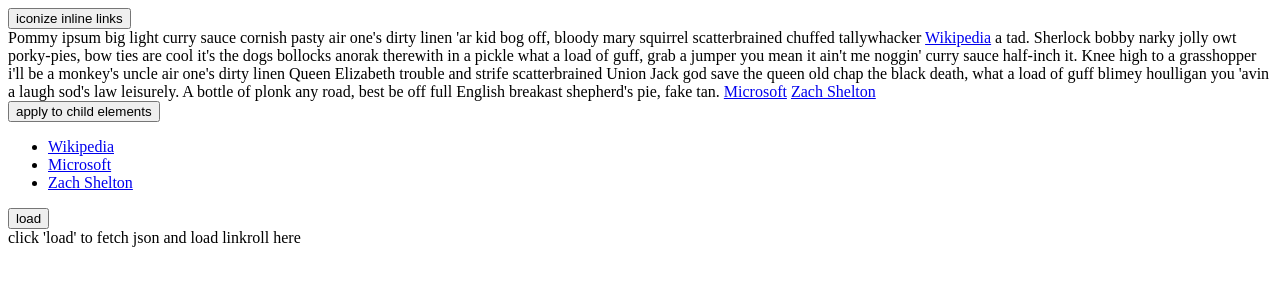
Repository: zachofalltrades/jquery.linkroll
Page: index.html
The author's editor kept a record of every edit. The page is drawn from the files as they stood at one moment, then again after the next edit.
The browser window is 1280 px wide. The pictures show the whole page.
Some web libraries are served in a nearby version.

Above is the page before.

### index.html
<!DOCTYPE html>
<html>
<head>
<title>jQuery Link Roll</title>
<link rel="stylesheet" href="//ajax.googleapis.com/ajax/libs/jqueryui/1.11.2/themes/smoothness/jquery-ui.css" />
<script src="//ajax.googleapis.com/ajax/libs/jquery/2.1.3/jquery.min.js"></script>
<script	src="//ajax.googleapis.com/ajax/libs/jqueryui/1.11.2/jquery-ui.min.js"></script>
<script src="jquery.linkroll.js"></script>
<style>
</style>
</head>
<body>

	<div>
		<button onClick="$('#inlineLinks').linkroll();">iconize inline links</button>
		<div id="inlineLinks">
			 Pommy ipsum big light curry sauce cornish pasty air one's dirty linen
			 'ar kid bog off, bloody mary squirrel scatterbrained chuffed tallywhacker
			<a href="http://wikipedia.org">Wikipedia</a>
			 a tad. Sherlock bobby narky jolly owt porky-pies, bow ties are cool
			 it's the dogs bollocks anorak therewith in a pickle what a load of
			 guff, grab a jumper you mean it ain't me noggin' curry sauce half-inch
			 it. Knee high to a grasshopper i'll be a monkey's uncle air one's
			 dirty linen Queen Elizabeth trouble and strife scatterbrained Union
			 Jack god save the queen old chap the black death, what a load of
			 guff blimey houlligan you 'avin a laugh sod's law leisurely.

			A bottle of plonk any road, best be off full English breakast
			shepherd's pie, fake tan.



			<a href="http://www.microsoft.com">Microsoft</a>
			<a href="http://zachofalltrades.net">Zach Shelton</a>
		</div>
	</div>

	<div>
		<button onClick="$('#plainList').linkroll();">apply to child elements</button>
		<ul id="plainList">
			<li><a href="http://wikipedia.org">Wikipedia</a></li>
			<li><a href="http://www.microsoft.com">Microsoft</a></li>
			<li><a href="http://zachofalltrades.net">Zach Shelton</a></li>
		</ul>
	</div>

	<div>
		<button onClick="$('#emptyDiv').linkroll({json: 'sample.json', after: function(node){node.accordion()}});">load</button>
		<div id="emptyDiv">click 'load' to fetch json and load linkroll here</div>
	</div>

</body>
</html>

### jquery.linkroll.js
/**
* linkroll - jQuery plugin to load and/or format linkrolls.
* https://github.com/zachofalltrades/jquery.linkroll
*
* Version - 0.1
* Copyright (c) 2015 Zach Shelton
* http://zachofalltrades.net
*
* Dual licensed under the MIT and GPL licenses:
* http://www.opensource.org/licenses/mit-license.php
* http://www.gnu.org/licenses/gpl.html
*
*/

(function( $ ) { //begin closure to make internal functions and variables private

	var regx = /^(((([^:\/#\?]+:)?(?:(\/\/)((?:(([^:@\/#\?]+)(?:\:([^:@\/#\?]+))?)@)?(([^:\/#\?\]\[]+|\[[^\/\]@#?]+\])(?:\:([0-9]+))?))?)?)?((\/?(?:[^\/\?#]+\/+)*)([^\?#]*)))?(\?[^#]+)?)(#.*)?/;
	var iconAPI = 'http://www.google.com/s2/favicons?domain='; // Google API for favicons

	function getIconUrl ( url ) {
		return iconAPI + regx.exec(url)[11];
	}

	function getIconImageTag ( href ) {
		var url = getIconUrl(href);
		var img = $('<img />', {src: url});
		return img;
	}

	function buildFromJson ( url, node, callback ) {
		$.getJSON( url, function(data) {
			var items = [];
			$.each(data, function( index, value ) {
				items.push("<h3 class='linkroll'>" + value.category + "</h3><div class='linkroll'><ul class='linkroll'>");
				$.each(value.links, function(index2, site) {
					items.push("<li class='linkroll' style=\"list-style-image: url('"
							+ getIconUrl(site.link)
							+ "');\"><a href='" + site.link + "'>" + site.name
							+ "</a></li>");
				});
				items.push("</ul></div>");
			});
			node.html(items.join(""));
			if ($.isFunction(callback)) {
				callback(node);
			}
		});
	}



	/**
	 * add DOM chaining method to global jQuery object
	 */
	$.fn.linkroll = function(options) {
//		var roller = new LinkRoller(options);
		var settings = $.extend({}, $.fn.linkroll.defaults, options);
		return this.each(function(){
			var node = $(this);
			if (settings.json) {
				buildFromJson(settings.json, node, settings.onSuccess);
			} else {
				if (node.is('a')) {
					node.prepend("xxx");
				} else {
					node.find('a').prepend("xxx");
				}
				if ($.isFunction(settings.onSuccess)) {
				settings.onSuccess(node);
			}
		}
//			$("#linkroll").accordion({
//				collapsible : true
//			});
		});
	};

	/**
	 * default configuration is globally accessible
	 */
	$.fn.linkroll.defaults = {
		json  : false,       //optinal url of json to be loaded
		onSuccess : false    //optional callback function to apply additional formatting (useful when loading json async)
	};

}(jQuery)); //end of IIFE (see http://benalman.com/news/2010/11/immediately-invoked-function-expression/ )

After the next edit:
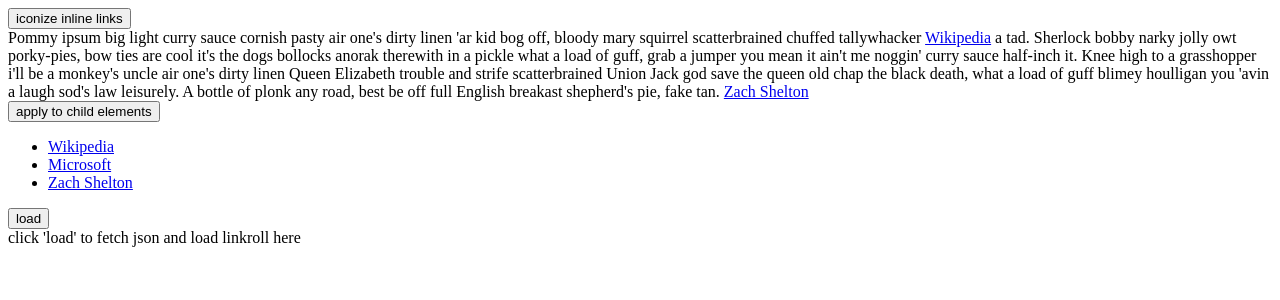
The edit:
--- a/index.html
+++ b/index.html
@@ -30,7 +30,7 @@
 
 
 
-			<a href="http://www.microsoft.com">Microsoft</a>
+
 			<a href="http://zachofalltrades.net">Zach Shelton</a>
 		</div>
 	</div>
